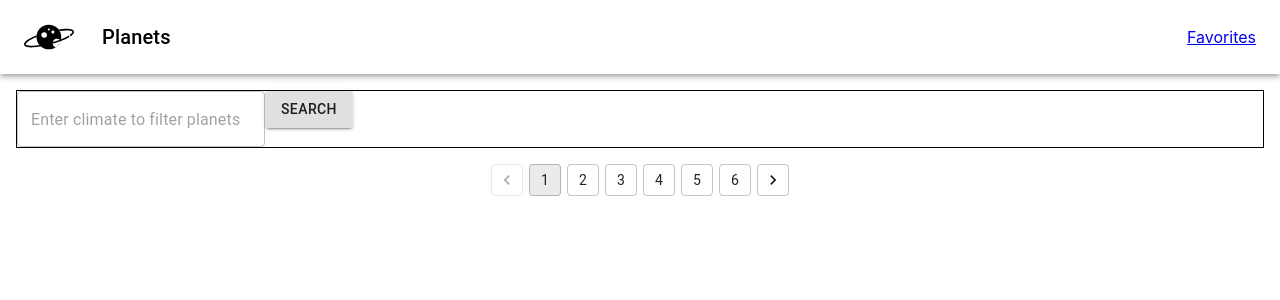
Repository: samridhie01/assignment
Page: /
An editor plug-in stored every save of this project. The page is shown before and after the next save, followed by the edit.
The browser window is 1280 px wide. The pictures show the whole page.
The page's requests for data from a server got no answer. The project was rebuilt for these pictures with package versions that can differ from the ones it lists, and the page was loaded fresh each time. A package was used in the major version that the imports need, not the one package.json lists. No one was signed in, and anything a server would have sent is missing. Also part of the build but not shown: src/components/planets/PlanetTile.tsx, src/components/planets/Planets.tsx, src/components/details/SpecificPlanetRetrievalService.ts, src/components/details/Details.tsx, src/components/favorites/Favorites.tsx.

Above is the page before, as saved 2020-08-21 18:41:55.

### src/index.tsx
import React from 'react';
import ReactDOM from 'react-dom';
import './index.css';
import App from './components/app/App';
import * as serviceWorker from './serviceWorker';
import { BrowserRouter } from 'react-router-dom';
import { Provider } from 'react-redux';
import rootReducer from './reducers';
import { createStore } from 'redux';
import store from "../src/store/index"
import { addPlanetData } from './actions';



ReactDOM.render(
  <React.StrictMode>

    <BrowserRouter>
    <Provider store={store}>
    <App />
    </Provider>
    </BrowserRouter>

  </React.StrictMode>,
  document.getElementById('root')
);

// If you want your app to work offline and load faster, you can change
// unregister() to register() below. Note this comes with some pitfalls.
// Learn more about service workers: https://bit.ly/CRA-PWA
serviceWorker.unregister();

### src/components/app/App.tsx
import React, { useEffect, useState } from "react";
import { Route, Switch } from "react-router-dom";
import HomePage from "../homePage/HomePage";
import Details from "../details/Details";
import Favorites from "../favorites/Favorites";
import { PlanetData } from "../module/types";

const App = () => {
  const [favs, setFavs] = useState<PlanetData[]>([]);

  const addToFavs = (data: any) => {
    if(favs.includes(data)){
      return;
    }
      let newArr = [...favs, data];
      setFavs(newArr);
  };

  return (
    <main>
      <Switch>
        <Route
          exact
          path="/"
          render={() => <HomePage handleAddToFavs={addToFavs} />}
        />
        <Route path="/details" component={Details} />
        <Route path="/favs" render={() => <Favorites listOfFavs={favs} />} />
      </Switch>
    </main>
  );
};
export default App;

### src/store/index.ts
import {createStore} from 'redux';
import rootReducer from '../reducers/index';

const store = createStore(rootReducer);

export default store;

### src/components/homePage/HomePage.tsx
import React, { useEffect, useState, ChangeEvent } from "react";
import { useStyles } from "./HomePageStyle";
import Header from "../header/Header";
import Planets from "../planets/Planets";
import SearchBox from "../searchBox/SearchBox";
import { getPlanetData, getPlanetDataPage } from "./PlanetRetrievalService";
import Pagination from "@material-ui/lab/Pagination";
import { PlanetData } from "../module/types";

interface PlanetOverview {
  handleAddToFavs: (element: any) => void;
}

const HomePage: React.FC<PlanetOverview> = ({ handleAddToFavs }) => {
  const [planetData, setPlanetData] = useState<PlanetData[]>([]);

  const handleNewPage = (page: number) => {
    getPlanetDataPage(page).then(res => {
      setPlanetData(res.data.results);
    });
  };

  const fetchData = () => {
    getPlanetData().then(res => {
      setPlanetData(res.data.results);
      localStorage.setItem("planetData", res.data.results);
    });
  };

  useEffect(() => {
    fetchData();
  }, []);

  const handlePageChange = (event: ChangeEvent<unknown>, value: number) => {
    handleNewPage(value);
  };

  const updatePlanetSearchResult = (key: string | null) => {

    if (key == "") {
      fetchData();
      return;
    }
    const newData = planetData.filter(data => {
      if (
        key == null ||
        data.climate.toLowerCase().includes(key.toLowerCase())
      ) {
        return data;
      }
    });
    setPlanetData(newData);
  };

  const classes = useStyles();
  if (localStorage.getItem("planetData") != null) {
  }

  return (
    <>
      <Header path="/favs" linkName={"Favorites"} />
      <div >
        <div>
        <SearchBox  handleSearch={updatePlanetSearchResult} />
        </div>
        <div >
          {planetData &&
            planetData.map((element: PlanetData, index: number) => {
              return (
                <Planets
                  data={element}
                  onSaveClick={() => {
                    handleAddToFavs(element);
                  }}

                />
              );
            })}
        </div>
      </div>

      <Pagination
        count={6}
        defaultPage={1}
        variant="outlined"
        shape="rounded"
        className={classes.indexing}
        onChange={handlePageChange}
      />
    </>
  );
};
export default HomePage;

### src/reducers/index.ts
import { ADD_PLANETDATA } from '../constants/action-types';
import { PlanetActionTypes, Planet, PlanetState } from '../store/types';

const initialState: PlanetState = {
    planetData: []
};

function rootReducer(state=initialState, action:PlanetActionTypes):PlanetState{
    if(action.type == ADD_PLANETDATA){
        return{
            planetData: [...state.planetData, action.payload]
        }
    }
    return state;
}

export default rootReducer;

### src/components/homePage/HomePageStyle.ts
import { makeStyles, createStyles, Theme } from "@material-ui/core/styles";

export const useStyles = makeStyles((theme: Theme) =>
  createStyles({
    flexContainer: {
      display: "inline-flex",
      flex: "1 0 50%",
      textAlign: "center",
      padding: "10px",
      overflow: "hidden"
    },
    item: {
      alignSelf: "flex-end",
    },
    stopShrink: {
      alignSelf: "flex-start"
    },
    indexing: {
      display: "flex",
      justifyContent: "center"
    },
    title: {
      flexGrow: 1
    }
  })
);

### src/components/header/Header.tsx
import React from "react";
import AppBar from "@material-ui/core/AppBar";
import {Toolbar, makeStyles, createStyles, IconButton, Button,Theme} from "@material-ui/core";
import {ReactComponent as PlanetIcon} from "../../assets/planet.svg";
import Typography from "@material-ui/core/Typography";
import { Link } from "react-router-dom";

const useStyles = makeStyles((theme: Theme) =>
  createStyles({
    root: {
      flexGrow: 1,
    },
    menuButton: {
      marginRight: theme.spacing(2),
    },
    title: {
      flexGrow: 1,
    },
    logo: {
       width: 50,
       height: 50
      },
  }),
);

interface HeaderProps{
  path: string,
  linkName: string
}

const Header:React.FC<HeaderProps> = ({
  path,
  linkName
})=>{
    const classes=useStyles();
return(
<AppBar color="inherit"  position="static">
    <Toolbar>
        <IconButton edge="start" className={classes.menuButton} color="inherit" aria-label="menu">
        <PlanetIcon className={classes.logo}/>
        </IconButton>
        <Typography variant="h6" className={classes.title}>
            Planets
        </Typography>
         <Link to={{pathname: `${path}`}} color="inherit">{linkName}</Link>
        {/* <Link to={{pathname: `${path}`}} color="inherit">{linkName}</Link> */}
    </Toolbar>
</AppBar>
)


}

export default Header;

### src/components/searchBox/SearchBox.tsx
import React, { useState, useEffect } from "react";
import {
  Button,
  Box,
  TextField,
  Theme,
  makeStyles,
  createStyles
} from "@material-ui/core";

const useStyles = makeStyles((theme: Theme) =>
  createStyles({
    dotted: {
      display: "flex",
      flexDirection: "column",
      width: "200%"
    }
  })
);

interface Search {
  handleSearch: (key: string|null) => void;
}

const SearchBox: React.FC<Search> = ({ handleSearch }) => {
  const [searchItem, setSearchItem] = useState<string|null>("");
  const handleSearchChange = (event: any) => {
    setSearchItem(event.target.value);

  };

  const classes = useStyles();
  return (
    <>
      <Box
        height="250%"
        border={1}
        m={2}
      >
        <TextField
          variant="outlined"
          onChange={handleSearchChange}
          placeholder="Enter climate to filter planets"
        />
        <Button
          variant="contained"
          onClick={() => {
            handleSearch(searchItem);
          }}
        >
          Search
        </Button>
      </Box>
    </>
  );
};

export default SearchBox;

### src/components/homePage/PlanetRetrievalService.ts
import axios from "axios";

const currentVersion = "2";
let data = localStorage.getItem("data");
let version = localStorage.getItem("version");

export const getPlanetData = async () => {
  const res = await axios({
    method: "GET",
    url: `https://swapi.dev/api/planets`
  });
  return res;
};

export const getPlanetDataPage = async (page: number) => {
  const res = await axios({
    method: "GET",
    url: `http://swapi.dev/api/planets/?page=${page}`
  });
  return res;
};

### src/constants/action-types.ts
export const ADD_PLANETDATA="ADD_PLANETDATA"

Loaded but not shown: public/index.html (common file); src/index.css (common file); src/serviceWorker.ts (common file)

After the next save:
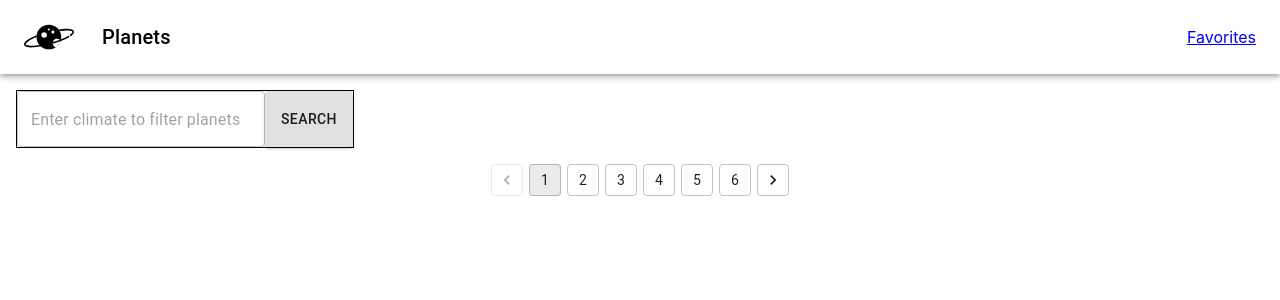
Saved 21 s later.
--- a/src/components/searchBox/SearchBox.tsx
+++ b/src/components/searchBox/SearchBox.tsx
@@ -36,6 +36,7 @@ const SearchBox: React.FC<Search> = ({ handleSearch }) => {
         height="250%"
         border={1}
         m={2}
+        display="inline-flex"
       >
         <TextField
           variant="outlined"
